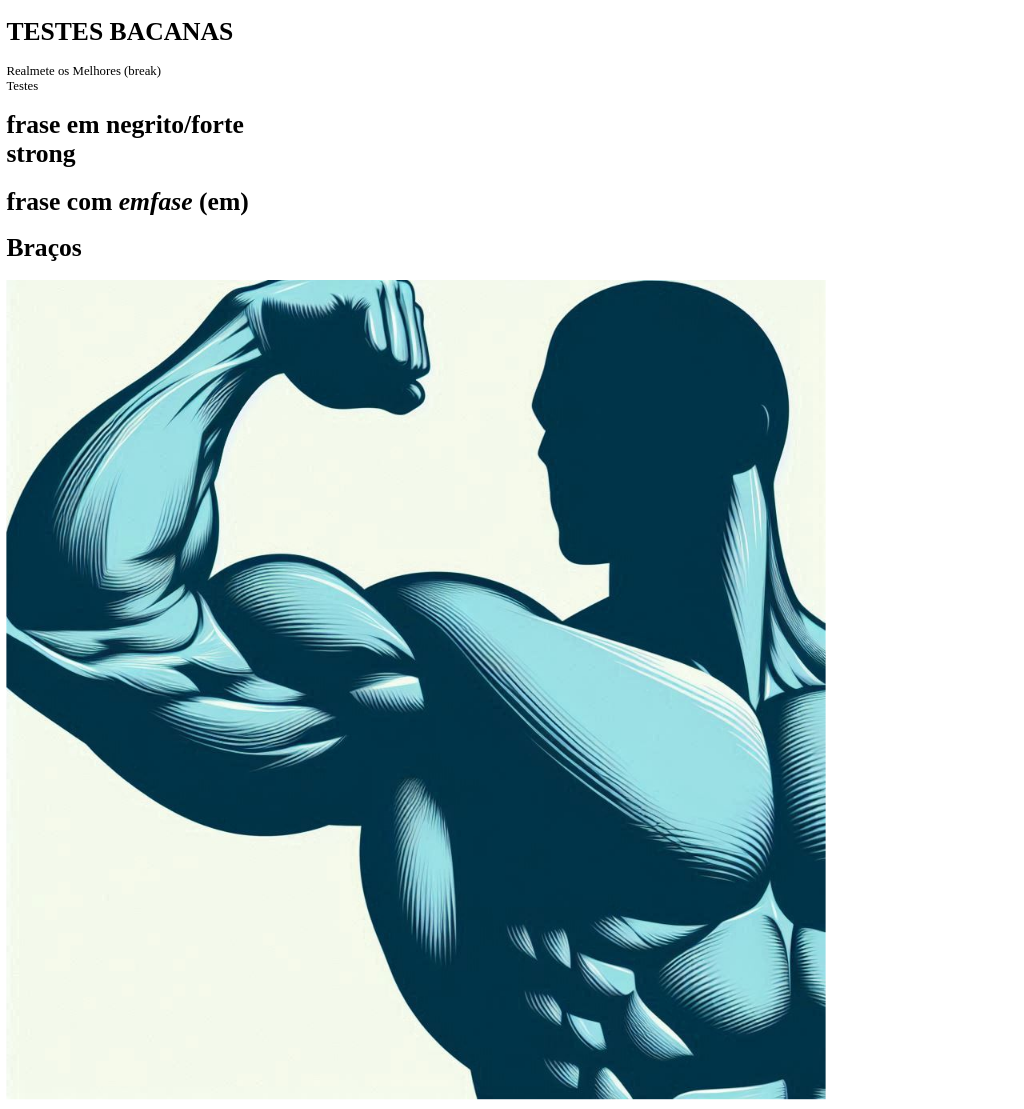
Repository: LuidyOn/Site_Forca_Total
Page: ForçaTotal/teste.html
An editor plug-in stored every save of this project. The page is shown before and after the next save, followed by the edit.
The browser window is 1280 px wide. The pictures show the whole page, at 80% of full size.

Above is the page before, as saved 2025-05-13 18:49:22.

### ForçaTotal/teste.html
<!DOCTYPE html>
<html lang="pt-br">
<head>
  <meta charset="UTF-8">
  <meta name="viewport" content="width=device-width, initial-scale=1.0">
  <link rel="shortcut icon" href="img/icons/logo.ico" type="image/x-icon">
  <title>Testes Força total</title>
</head>
<body>

<h1>TESTES BACANAS</h1>

  <p>Realmete os Melhores (break)<br> Testes </p>

<H1>frase em <strong>negrito/forte</strong> <br>strong </H1>

<H1>frase com <em>emfase</em> (em) </H1>

  <h1>Braços</h1>
<img src="img/parteSerior.png" alt="parte superior">

</body>
</html>

After the next save:
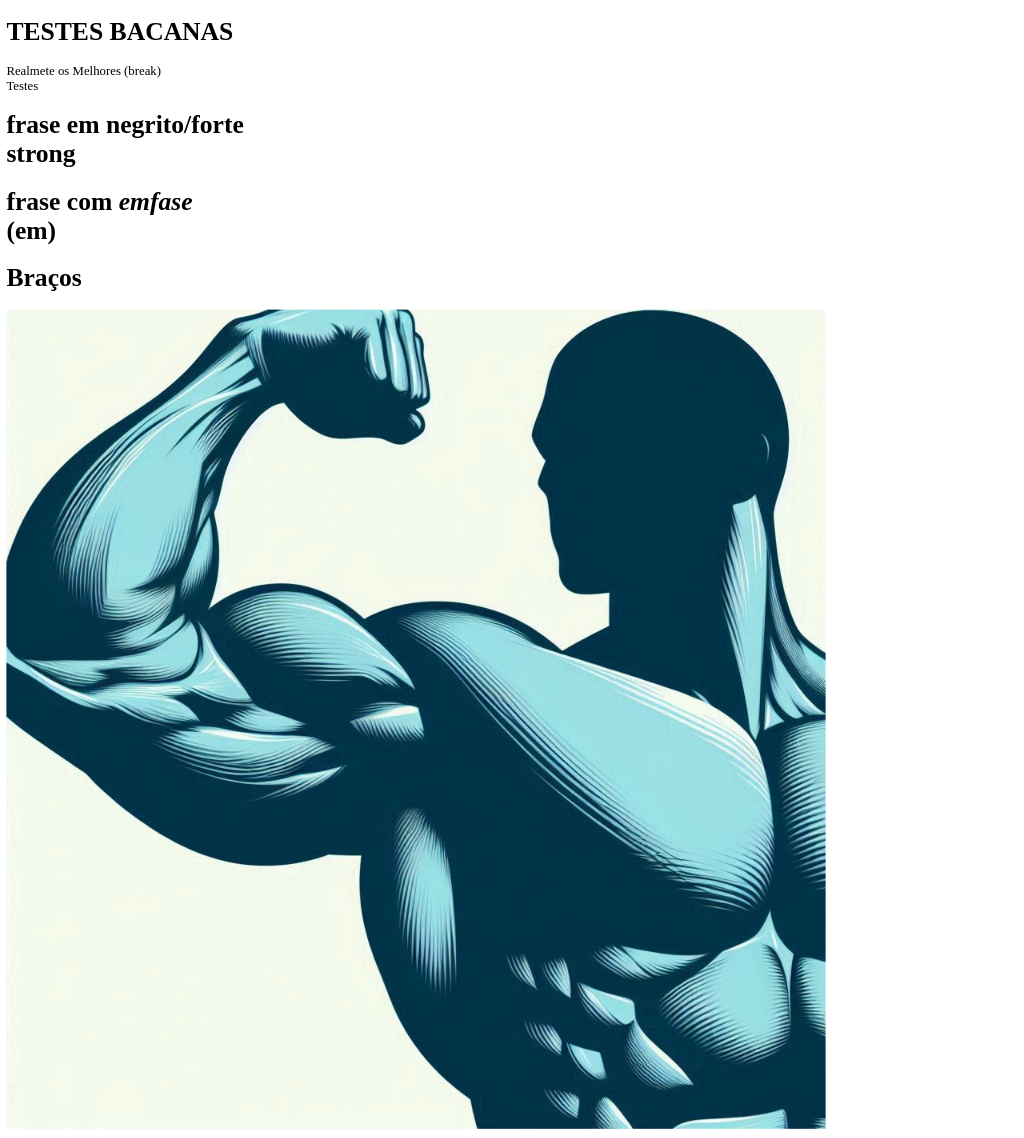
Saved 7 s later.
--- a/ForçaTotal/teste.html
+++ b/ForçaTotal/teste.html
@@ -14,7 +14,7 @@
 
 <H1>frase em <strong>negrito/forte</strong> <br>strong </H1>
 
-<H1>frase com <em>emfase</em> (em) </H1>
+<H1>frase com <em>emfase</em> <br> (em) </H1>
 
   <h1>Braços</h1>
 <img src="img/parteSerior.png" alt="parte superior">
